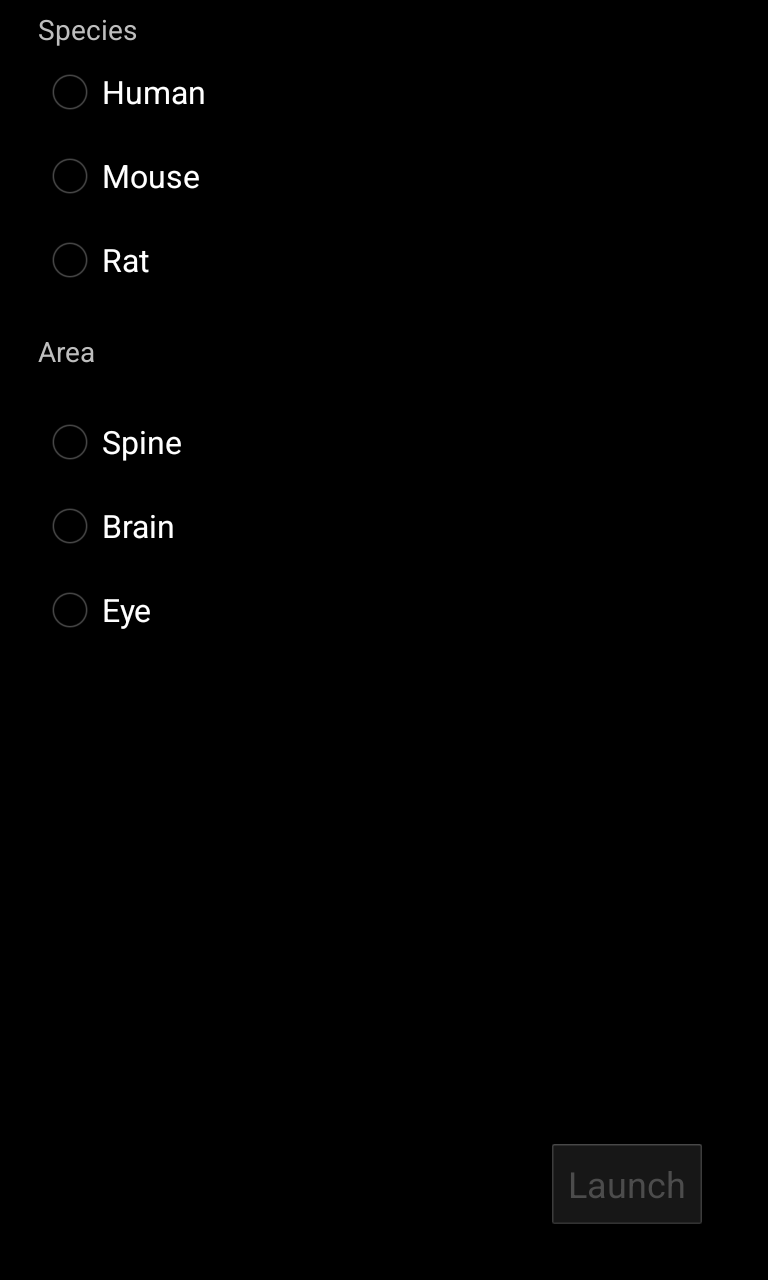
Repository: Ekarg/CSCE315Project3
Layout: Project3/res/layout/activity_main.xml
An editor plug-in stored every save of this project. The layout is shown before and after the next save, followed by the edit.
It is drawn on a 768 x 1280 px phone screen (xhdpi) without system bars, with theme android:Theme.Holo; the app's code is not run.

Above is the layout before, as saved 2013-11-27 20:20:18.

After the next save:
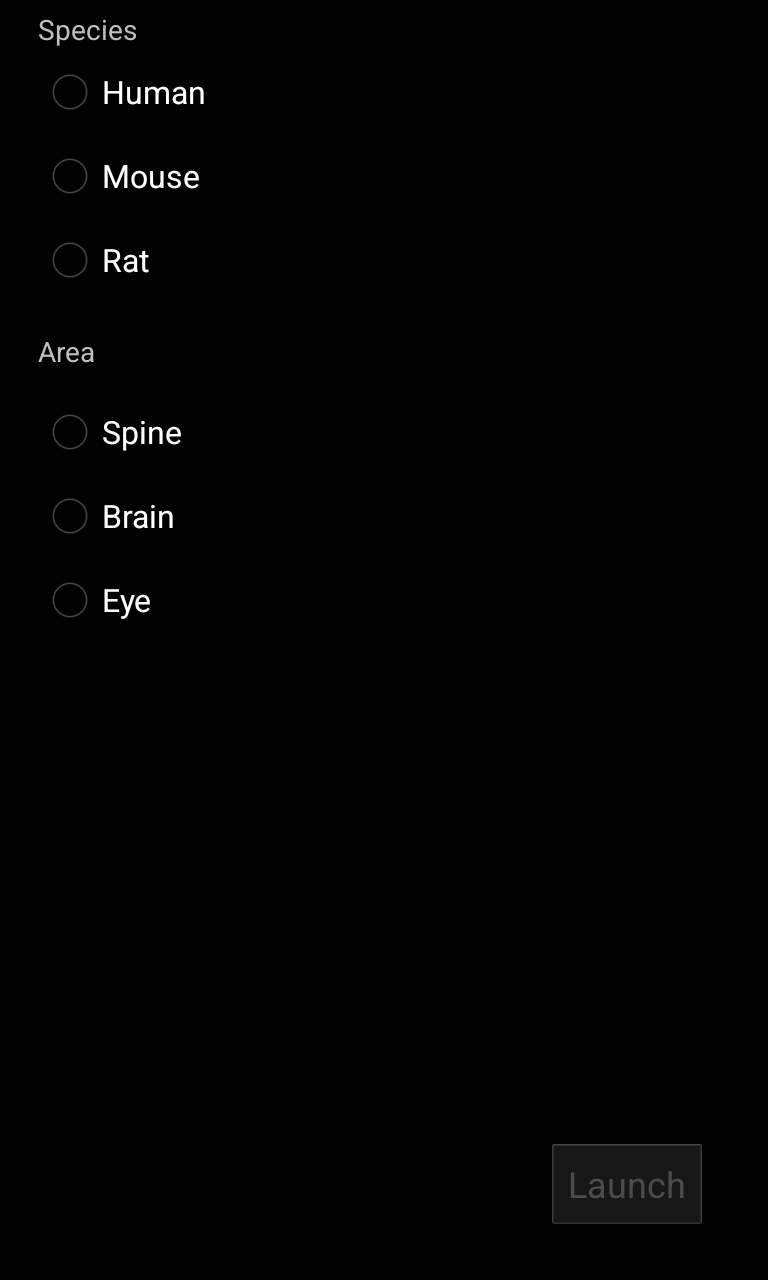
Saved 54 s later.
--- a/Project3/res/layout/activity_main.xml
+++ b/Project3/res/layout/activity_main.xml
@@ -91,7 +91,7 @@
             android:layout_height="wrap_content"
             android:layout_marginLeft="14dp"
             android:checked = "false"
-            android:layout_marginTop="200dp"
+            android:layout_marginTop="195dp"
 	        android:onClick="onRadioButtonClicked"
 	        android:text="@string/spine" />
 
